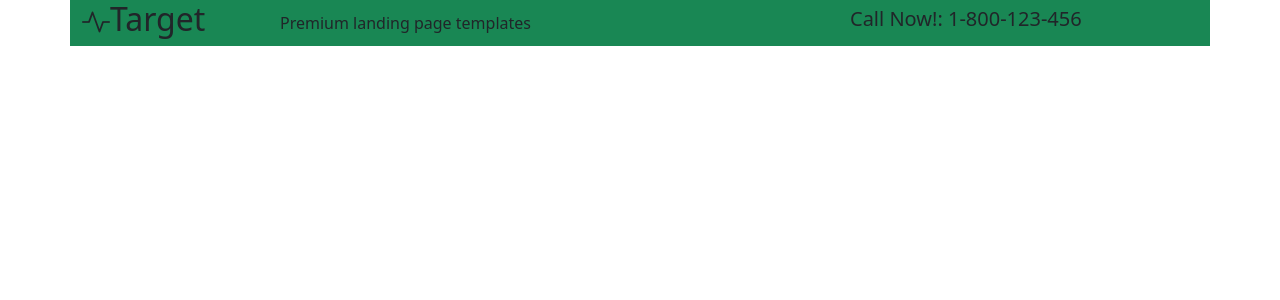
Repository: lyvandat/dh---bootstrap1
Page: index.html
An editor plug-in stored every save of this project. The page is shown before and after the next save, followed by the edit.
The browser window is 1280 px wide. The pictures show the whole page.
Some web libraries are served in a nearby version.

Above is the page before, as saved 2022-10-27 15:15:41.

After the next save:
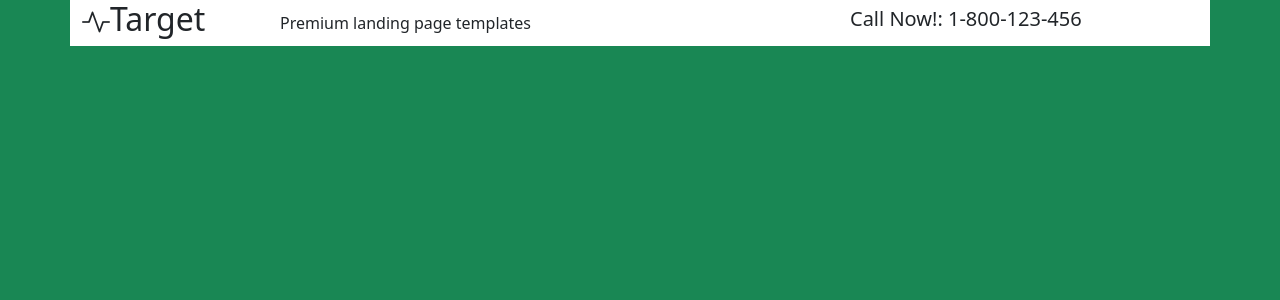
Saved 17 s later.
--- a/index.html
+++ b/index.html
@@ -18,8 +18,8 @@
     />
     <title>Hello, world!</title>
   </head>
-  <body>
-    <div class="container header align-items-center bg-success">
+  <body class="bg-success">
+    <div class="container header align-items-center bg-white">
       <div class="row">
         <div class="col-2 d-inline-flex me-2">
           <i class="bi bi-activity fs-3"></i>
